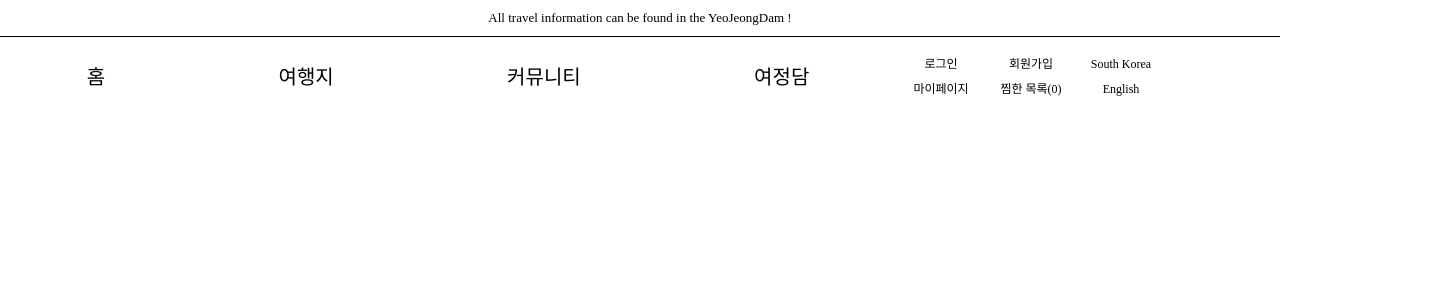
Repository: gaeunlee95/semi
Page: http://localhost/semi/main.jsp
The author's editor kept a copy of each file at every save. The page is drawn from the files as they stood at one save, then again after a run of saves.
The browser window is 1280 px wide. The page is 1280 px wide, then 1436 px, then 1280 px, so the pictures cover 1436 px, including what lies to the right of the window. The pictures show the whole page.
The page is served by Tomcat 9.

Above is the page before, as saved 2023-12-06 17:49:38.

After the next 2 saves:
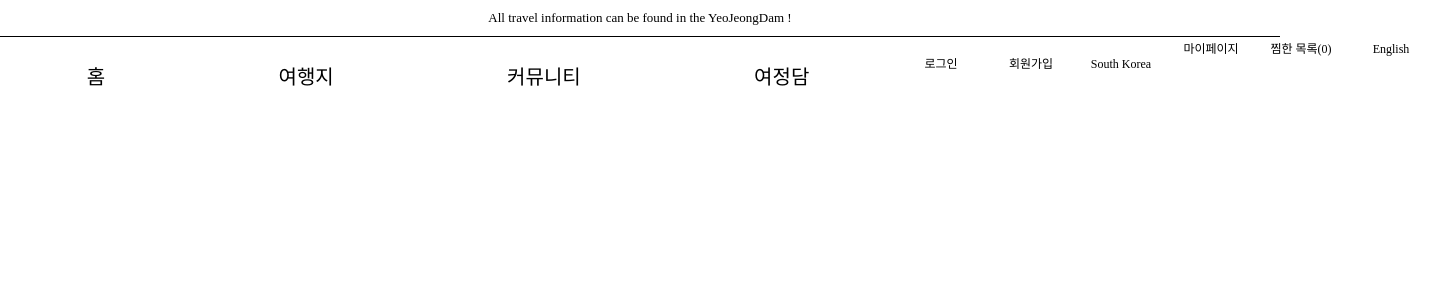
The 2 saves are shown as one change because they came seconds apart.
The last was saved 12 s later.
--- a/semi/src/main/webapp/resources/css/style.css
+++ b/semi/src/main/webapp/resources/css/style.css
@@ -40,6 +40,7 @@
 }
 header #sideMenu{
 	width: 270px;
+	display:flex;
 }
 header #sideMenu ul{
 	line-height: 25px;

After the save that followed:
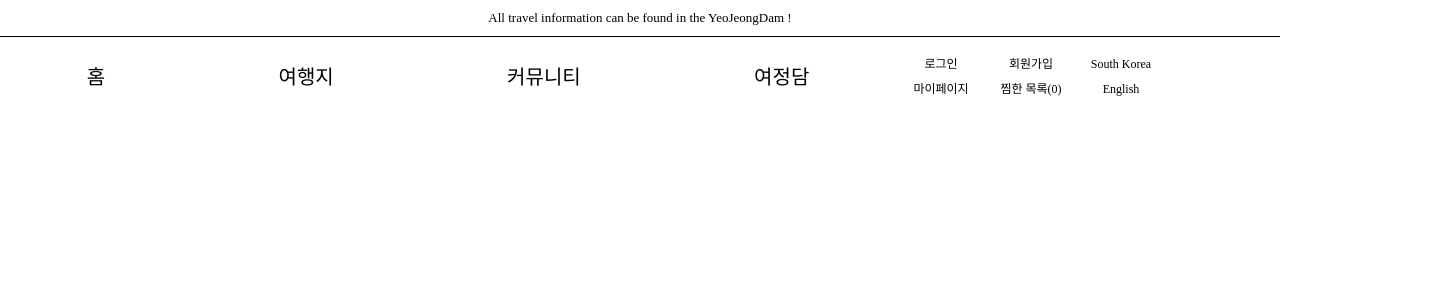
Saved 65 s later.
--- a/semi/src/main/webapp/resources/css/style.css
+++ b/semi/src/main/webapp/resources/css/style.css
@@ -40,7 +40,6 @@
 }
 header #sideMenu{
 	width: 270px;
-	display:flex;
 }
 header #sideMenu ul{
 	line-height: 25px;
